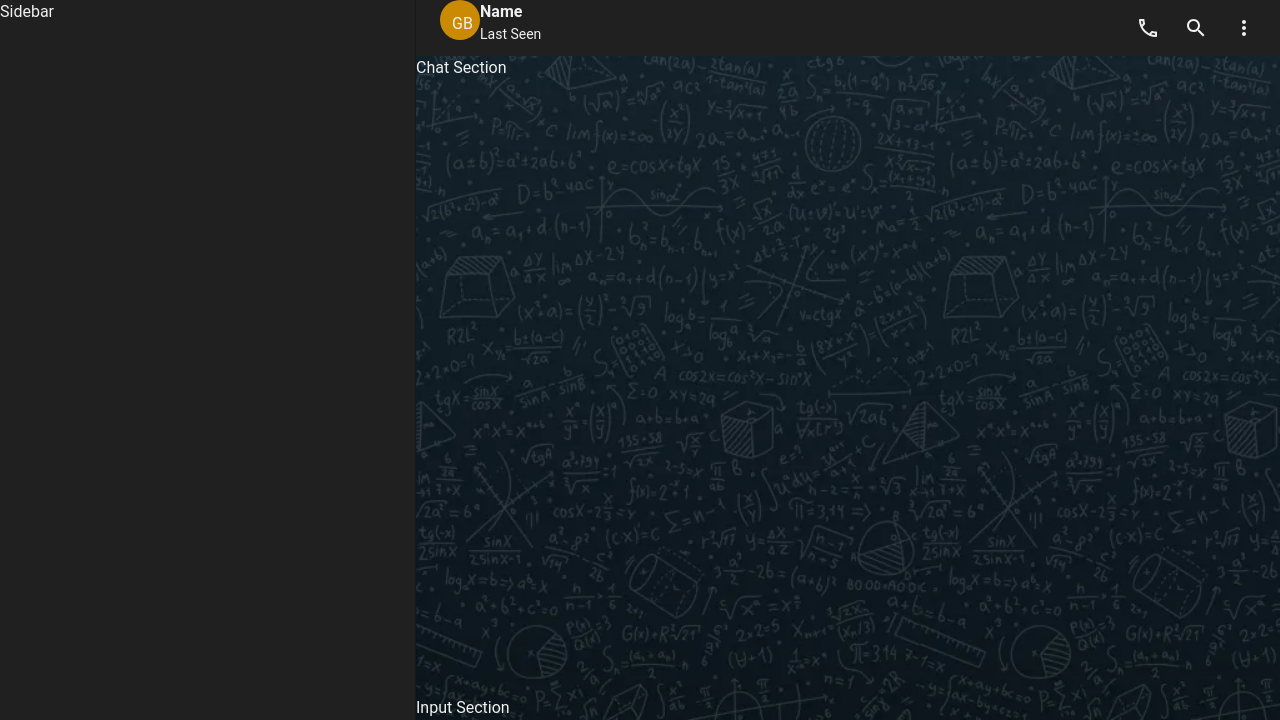
Repository: Qu4ntumGuy/telegram-clone
Page: /
These files come from the project's save history. The page is drawn as it stood at one moment and after the next save; the edit follows.
The browser window is 1280 px wide. The pictures show the whole page.
The project was rebuilt for these pictures with package versions that can differ from the ones it lists, and the page was loaded fresh each time. Also part of the build but not shown: src/Utils/ContextProvider.js, src/Pages/ChatPage.js/ChatPage.js.

Above is the page before, as saved 2024-07-15 12:07:32.

After the next save:
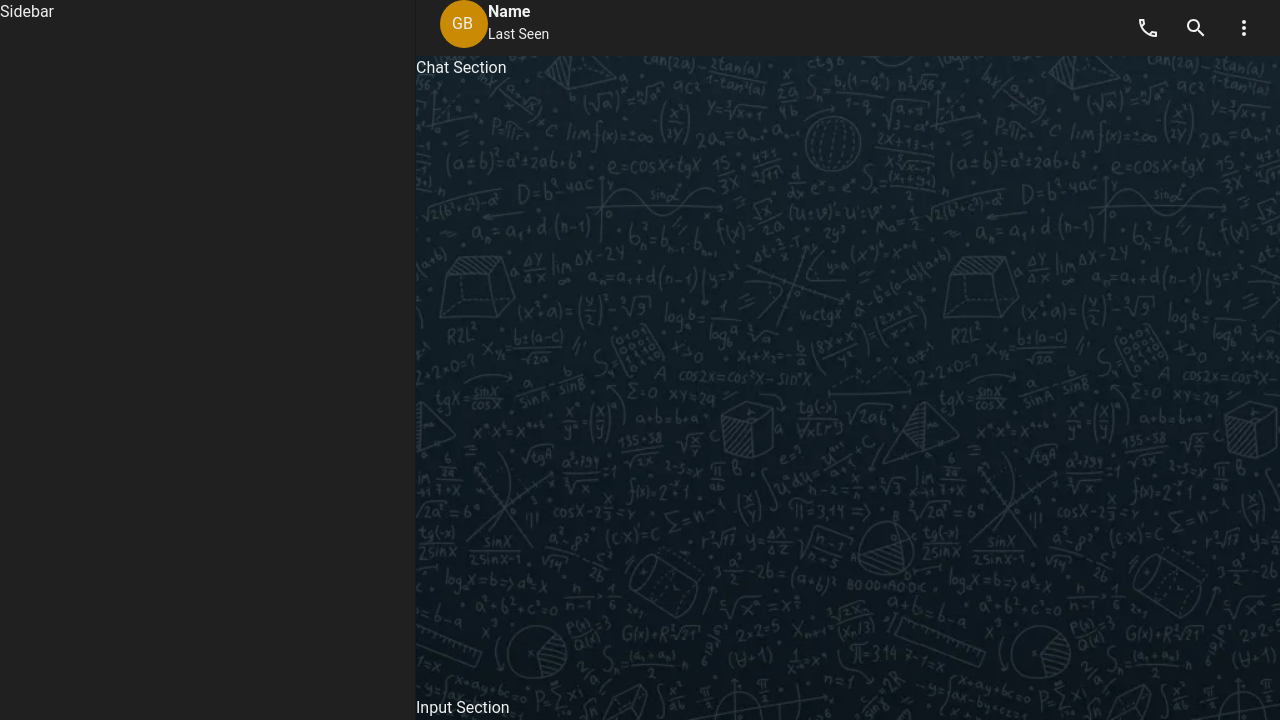
Saved 14 s later.
--- a/src/Components/Topbar.js
+++ b/src/Components/Topbar.js
@@ -7,7 +7,7 @@ function Topbar() {
   return (
     <div className="flex px-6 h-14">
       <div className="flex-1 flex">
-        <div className="bg-yellow-600 p-3 rounded-full h-10 w-10">GB</div>
+        <div className="bg-yellow-600 p-3 rounded-full h-12 w-12">GB</div>
         <div className="flex flex-col">
           <div className="font-semibold">Name</div>
           <div className="text-sm"> Last Seen</div>
